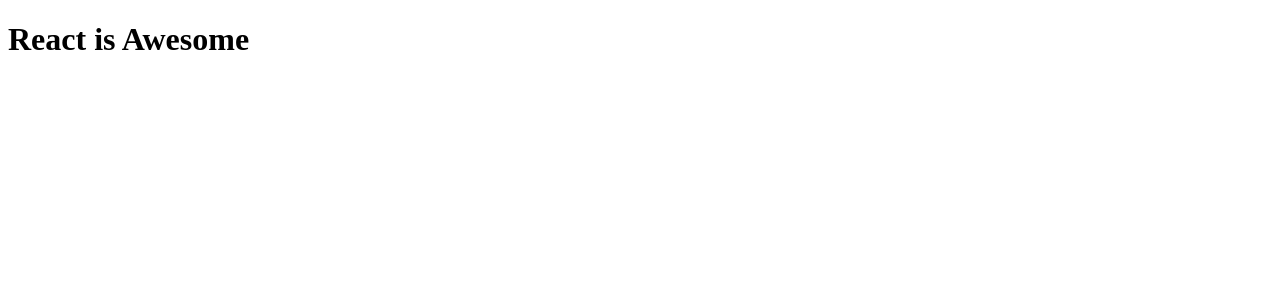
Repository: Jinontheclock/COMP3170_Assignment
Page: /
These files come from the project's save history. The page is drawn as it stood at one moment and after the next save; the edit follows.
The browser window is 1280 px wide. The pictures show the whole page.
The project was rebuilt for these pictures with package versions that can differ from the ones it lists, and the page was loaded fresh each time. Also part of the build but not shown: vite.config.js, src/index.css.

Above is the page before, as saved 2025-09-08 15:40:39.

### index.html
<!doctype html>
<html lang="en">
  <head>
    <meta charset="UTF-8" />
    <meta name="viewport" content="width=device-width, initial-scale=1.0" />
    <title>HAJIN A01403665</title>
  </head>
  <body>
    <div id="root"></div>
    <script type="module" src="/src/main.jsx"></script>
  </body>
</html>

### src/main.jsx
import React from "react";
import ReactDOM from "react-dom/client";
import App from "./App";
import "./index.css";
import books from "../data/books.json"

ReactDOM.createRoot(document.getElementById("root")).render(
  <React.StrictMode>
    <App />
  </React.StrictMode>
);

### src/App.jsx
function App(){
  return (
    <div>
      <h1>React is Awesome</h1>
      <p></p>
    </div>
  )
}

export default App;

### data/books.json
[
    {
      "title": "Effective JavaScript",
      "subtitle": "68 Specific Ways to Harness the Power of JavaScript",
      "isbn13": "9780321812186",
      "price": "$21.99",
      "image": "https://itbook.store/img/books/9780321812186.png",
      "url": "https://itbook.store/books/9780321812186",
      "publisher": "Addison-Wesley",
      "language": "English"
    },
    {
      "title": "Beginning JavaScript, 3nd Edition",
      "subtitle": "The Ultimate Guide to Modern JavaScript Development",
      "isbn13": "9781484243947",
      "price": "$19.02",
      "image": "https://itbook.store/img/books/9781484243947.png",
      "url": "https://itbook.store/books/9781484243947",
      "publisher": "Apress",
      "language": "English"
    },
    {
      "title": "Learn Enough JavaScript to Be Dangerous",
      "subtitle": "Write Programs, Publish Packages, and Develop Interactive Websites with JavaScript",
      "isbn13": "9780137843749",
      "price": "$31.98",
      "image": "https://itbook.store/img/books/9780137843749.png",
      "url": "https://itbook.store/books/9780137843749",
      "publisher": "Addison-Wesley",
      "language": "English"
    },
    {
      "title": "Test-Driven JavaScript Development",
      "subtitle": "",
      "isbn13": "9780321683915",
      "price": "$10.29",
      "image": "https://itbook.store/img/books/9780321683915.png",
      "url": "https://itbook.store/books/9780321683915",
      "publisher": "Addison-Wesley",
      "language": "English"
    },
    {
      "title": "Learning JavaScript",
      "subtitle": "A Hands-On Guide to the Fundamentals of Modern JavaScript",
      "isbn13": "9780321832740",
      "price": "$8.99",
      "image": "https://itbook.store/img/books/9780321832740.png",
      "url": "https://itbook.store/books/9780321832740",
      "publisher": "Addison-Wesley",
      "language": "English"
    },
    {
      "title": "jQuery and JavaScript Phrasebook",
      "subtitle": "",
      "isbn13": "9780321918963",
      "price": "$14.48",
      "image": "https://itbook.store/img/books/9780321918963.png",
      "url": "https://itbook.store/books/9780321918963",
      "publisher": "Addison-Wesley",
      "language": "English"
    },
    {
      "title": "JavaScript: The Good Parts",
      "subtitle": "Unearthing the Excellence in JavaScript",
      "isbn13": "9780596517748",
      "price": "$4.37",
      "image": "https://itbook.store/img/books/9780596517748.png",
      "url": "https://itbook.store/books/9780596517748",
      "publisher": "O'Reilly",
      "language": "English"
    },
    {
      "title": "Head First JavaScript",
      "subtitle": "A Learner's Companion to JavaScript",
      "isbn13": "9780596527747",
      "price": "$7.72",
      "image": "https://itbook.store/img/books/9780596527747.png",
      "url": "https://itbook.store/books/9780596527747",
      "publisher": "O'Reilly",
      "language": "English"
    },
    {
      "title": "High Performance JavaScript",
      "subtitle": "Build Faster Web Application Interfaces",
      "isbn13": "9780596802790",
      "price": "$19.59",
      "image": "https://itbook.store/img/books/9780596802790.png",
      "url": "https://itbook.store/books/9780596802790",
      "publisher": "O'Reilly",
      "language": "English"
    },
    {
      "title": "Building iPhone Apps with HTML, CSS, and JavaScript",
      "subtitle": "Making App Store Apps Without Objective-C or Cocoa",
      "isbn13": "9780596805784",
      "price": "$5.00",
      "image": "https://itbook.store/img/books/9780596805784.png",
      "url": "https://itbook.store/books/9780596805784",
      "publisher": "O'Reilly",
      "language": "English"
    }

  ]

After the next save:
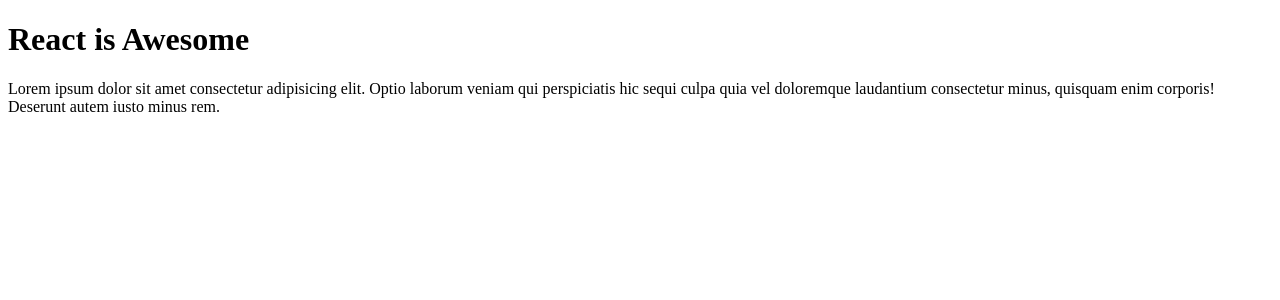
Saved 25 s later.
--- a/src/App.jsx
+++ b/src/App.jsx
@@ -2,7 +2,7 @@
   return (
     <div>
       <h1>React is Awesome</h1>
-      <p></p>
+      <p>Lorem ipsum dolor sit amet consectetur adipisicing elit. Optio laborum veniam qui perspiciatis hic sequi culpa quia vel doloremque laudantium consectetur minus, quisquam enim corporis! Deserunt autem iusto minus rem.</p>
     </div>
   )
 }
